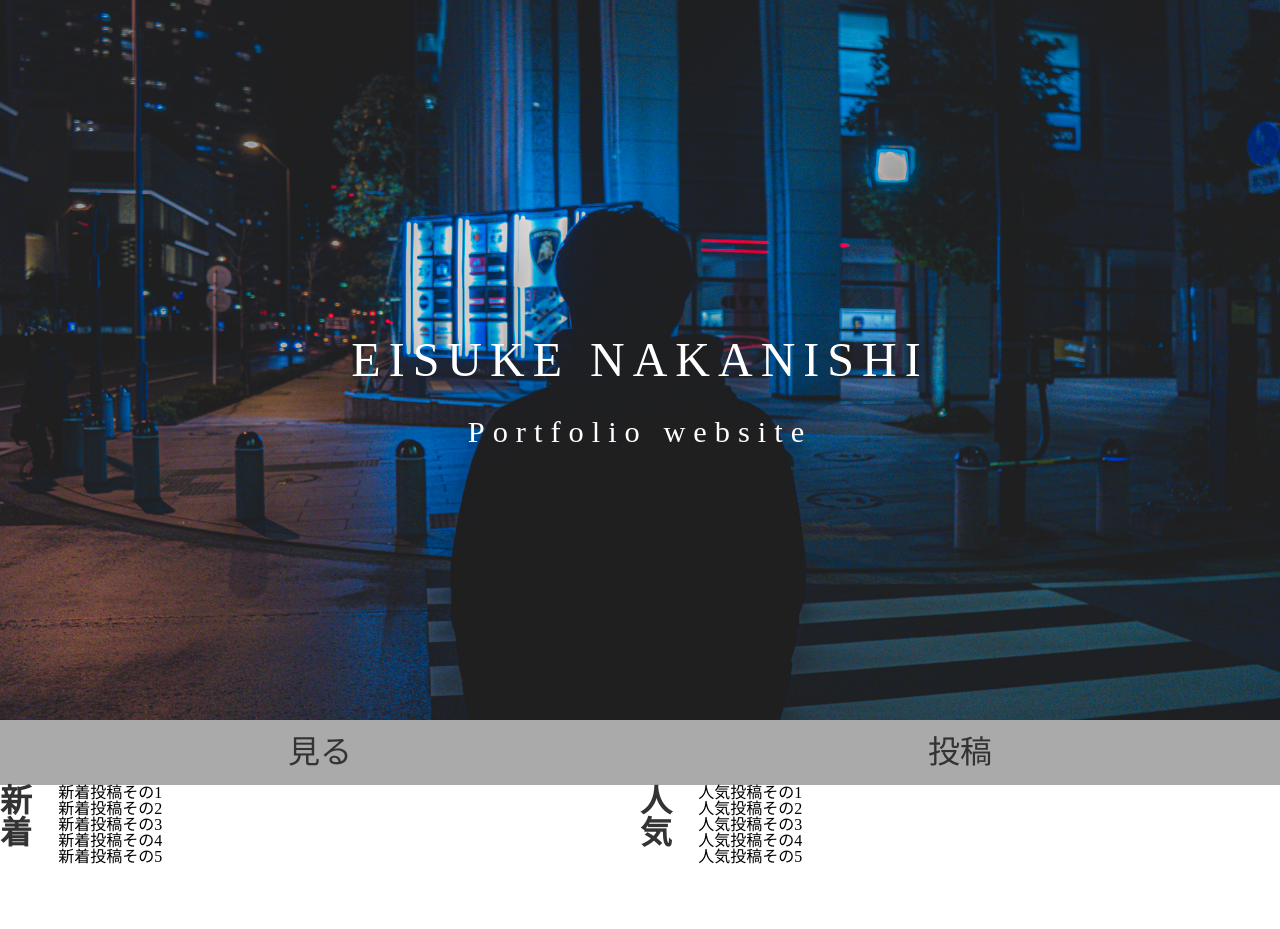
Repository: KustomApe/LandorusInc
Page: index.html
The author's editor kept a copy of each file at every save. The page is drawn from the files as they stood at one save, then again after a run of saves.
The browser window is 1280 px wide. The pictures show the whole page.

Above is the page before, as saved 2021-07-24 13:15:01.

After the next 2 saves:
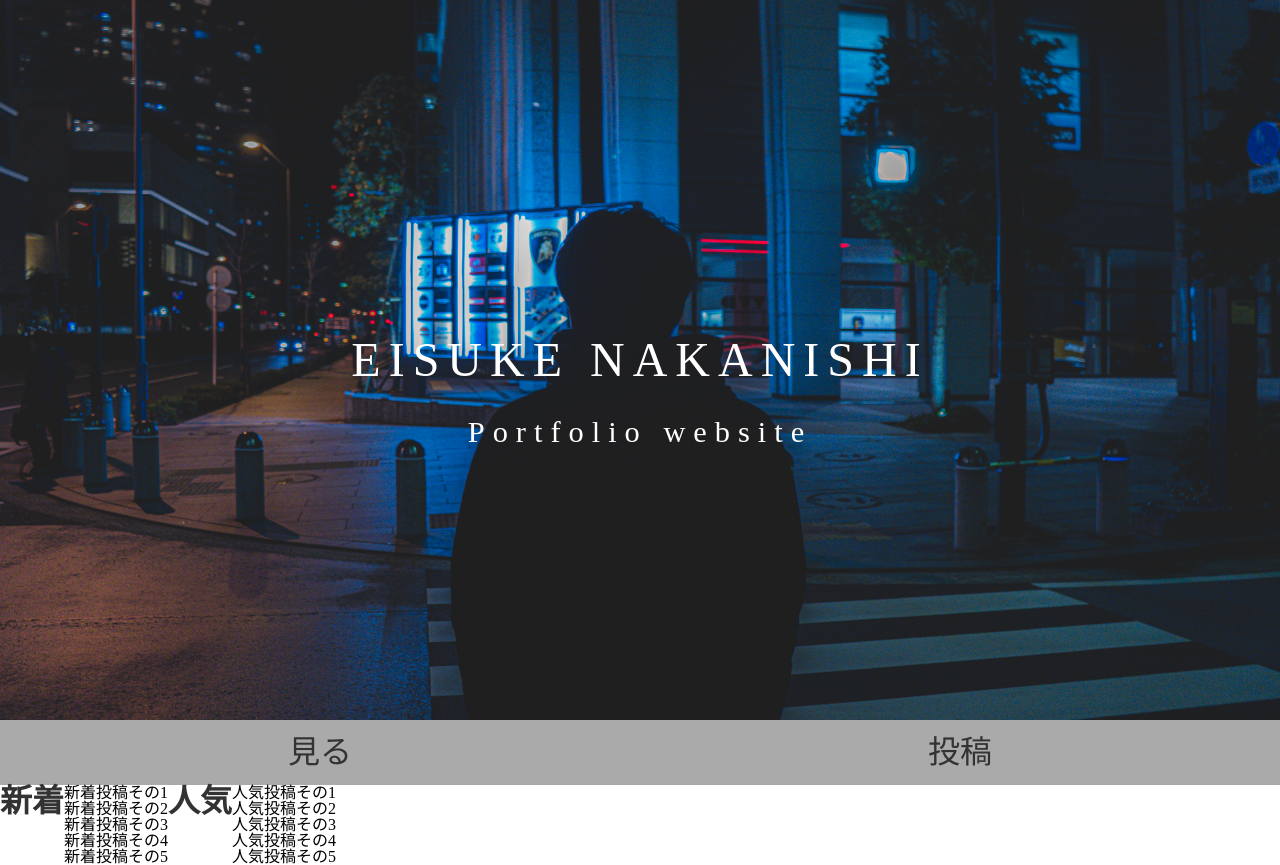
The 2 saves are shown as one change because they came seconds apart.
The last was saved 11 s later.
--- a/assets/css/style.css
+++ b/assets/css/style.css
@@ -75,7 +75,5 @@ div#topic h2 {
 
 ul.topics {
     list-style: none;
-    width: 50%;
-    height: 20vh;
     /* background: #aaa; */
 }
